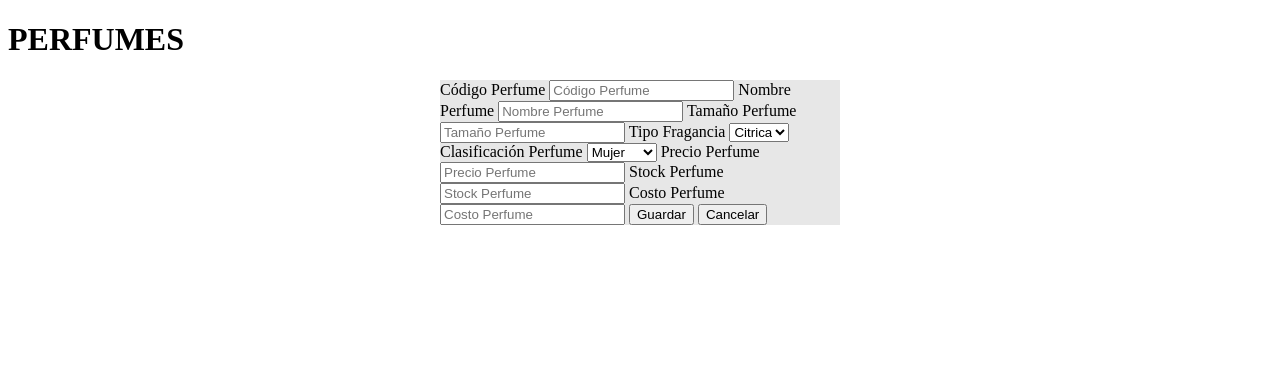
Repository: alejamorenovallejo/arosmile
Page: perfume.html
The author's editor kept a copy of each file at every save. The page is drawn from the files as they stood at one save, then again after the next save.
The browser window is 1280 px wide. The pictures show the whole page.

Above is the page before, as saved 2021-09-12 02:14:27.
Not found: main.js

### perfume.html
<!DOCTYPE html>
<html>
  <head>
    <meta charset="utf-8" />
    <meta http-equiv="X-UA-Compatible" content="IE=edge" />
    <title>Perfumes</title>
    <meta name="viewport" content="width=device-width, initial-scale=1" />
    <link
      rel="stylesheet"
      type="text/css"
      media="screen"
      href="css/style.css"
    />
    <script src="main.js"></script>
  </head>
  <body>
    <header></header>
    <main>
      <h1>PERFUMES</h1>
      <div>
        <form action="" method="POST">
          <label for="codigo_perfume">
            <span>Código Perfume</span>
            <input
              type="text"
              id="codigo_perfume"
              name="codigo_perfume"
              placeholder="Código Perfume"
            />
          </label>
          <label for="nombre_perfume">
            <span>Nombre Perfume</span>
            <input
              type="text"
              id="nombre_perfume"
              name="nombre_perfume"
              placeholder="Nombre Perfume"
            />
          </label>
          <label for="tamano_perfume">
            <span>Tamaño Perfume</span>
            <input
              type="number"
              id="tamano_perfume"
              name="tamano_perfume"
              placeholder="Tamaño Perfume"
            />
          </label>
          <label for="tipo_frangancia">
            <span>Tipo Fragancia</span>
            <select
              name="tipo_frangancia"
              id="tipo_frangancia"
              placeholder="Tipo Fragancia"
            >
              <option value="1">Citrica</option>
            </select>
          </label>
          <label for="clasificacion_perfume">
            <span>Clasificación Perfume</span>
            <select
              name="clasificacion_perfume"
              id="clasificacion_perfume"
              placeholder="Clasificación Perfume"
            >
              <option value="1">Mujer</option>
              <option value="2">Hombre</option>
              <option value="3">Infantil</option>
            </select>
          </label>
          <label for="precio_perfume">
            <span>Precio Perfume</span>
            <input
              type="number"
              id="precio_perfume"
              name="precio_perfume"
              placeholder="Precio Perfume"
            />
          </label>
          <label for="stock_perfume">
            <span>Stock Perfume</span>
            <input
              type="number"
              id="stock_perfume"
              name="stock_perfume"
              placeholder="Stock Perfume"
            />
          </label>
          <label for="costo_perfume">
            <span>Costo Perfume</span>
            <input
              type="number"
              id="costo_perfume"
              name="costo_perfume"
              placeholder="Costo Perfume"
            />
          </label>
          <input
            type="submit"
            id="guardar_perfume"
            name="guardar_perfume"
            value="Guardar"
          />
          <input
            type="button"
            id="cancelar_perfume"
            name="cancelar_perfume"
            value="Cancelar"
          />
        </form>
      </div>
    </main>
  </body>
</html>

### css/style.css
form{
    max-width: 400px;
    background-color: #E7E7E7;
    margin: 0 auto;
  }

After the next save:
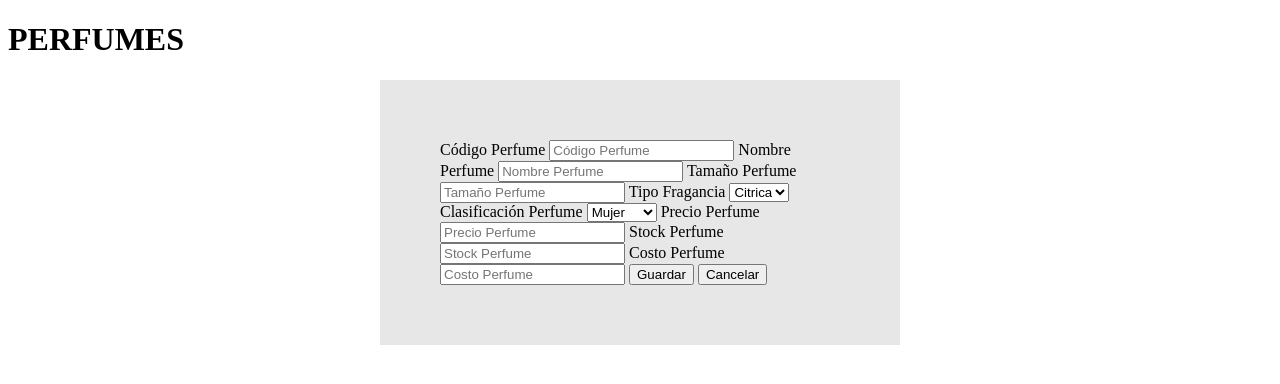
Saved 11 s later.
--- a/css/style.css
+++ b/css/style.css
@@ -1,4 +1,5 @@
 form{
+    padding: 60px;
     max-width: 400px;
     background-color: #E7E7E7;
     margin: 0 auto;
